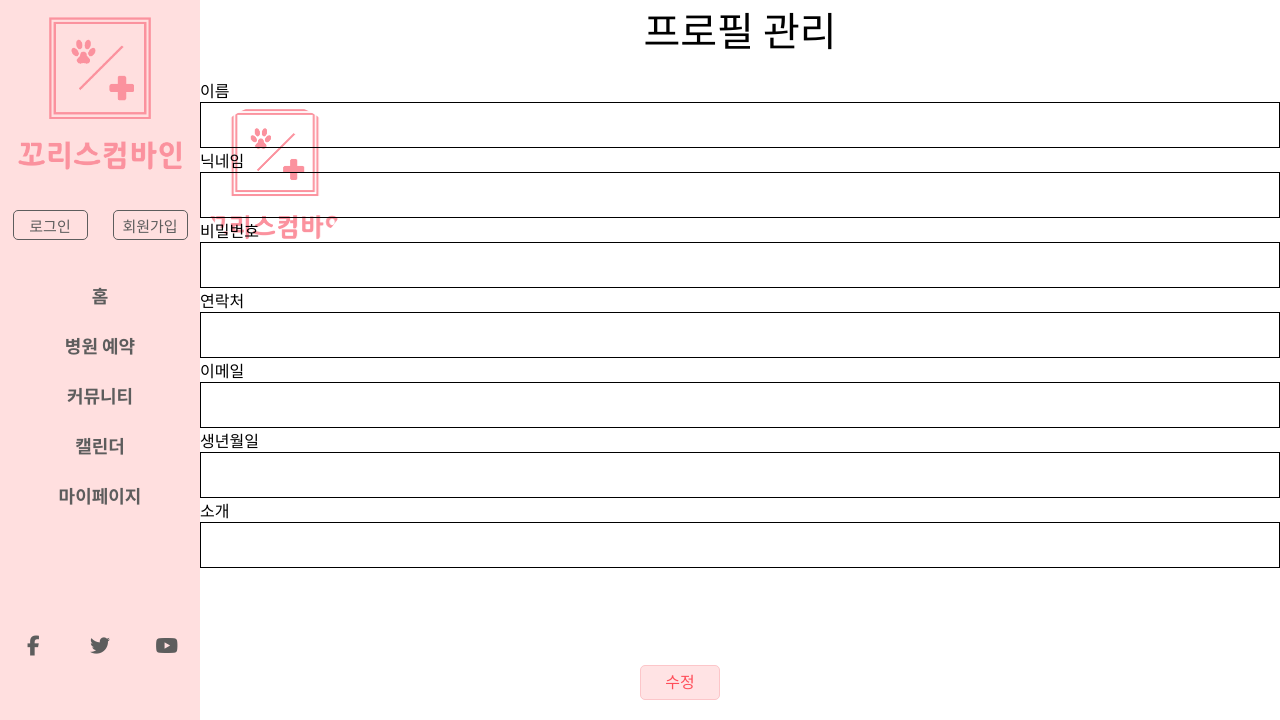
Repository: dodnam/kkoris
Page: http://localhost/1_kkoris/reservation2.jsp
An editor plug-in stored every save of this project. The page is shown before and after the next save, followed by the edit.
The browser window is 1280 px wide. The pictures show the whole page.
Some web libraries are served in a nearby version. The page is served by Tomcat 9.

Above is the page before, as saved 2020-02-17 15:22:04.

After the next save:
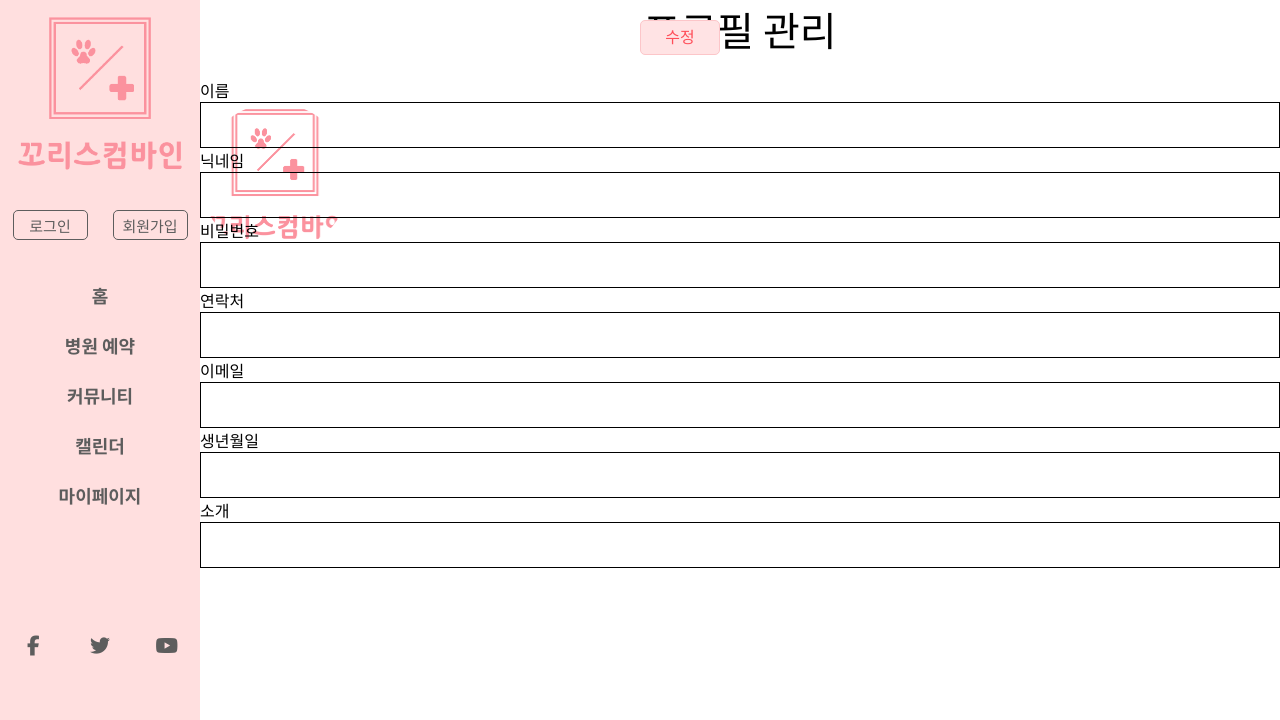
Saved 34 s later.
--- a/1_kkoris/WebContent/reservation2.jsp
+++ b/1_kkoris/WebContent/reservation2.jsp
@@ -12,7 +12,7 @@
 	.box{width: 150px; height:150px; border-radius:70%; overflow:hidden; background-color:#fff;top:20px; position:absolute; right:0;left:0;top:0;bottom:0; margin:auto;}
 	.profile{width: 100%; height:100%; object-fit:cover; display:block; margin:0px auto;}
 	.userTitle{font-size:40px; text-align:center; top:30px;}
-	.submit{line-height: 30px; text-align: center; background-color: #ffe3e4; color:#ff4e59;border: 1px solid #fcc6c9; border-radius: 5px; width: 80px; height: 35px; position: absolute;left:50%;bottom:20px; outline:none;}
+	.submit{line-height: 30px; text-align: center; background-color: #ffe3e4; color:#ff4e59;border: 1px solid #fcc6c9; border-radius: 5px; width: 80px; height: 35px; position: absolute;left:50%;top:20px; outline:none;}
 
 </style>
 </head>
